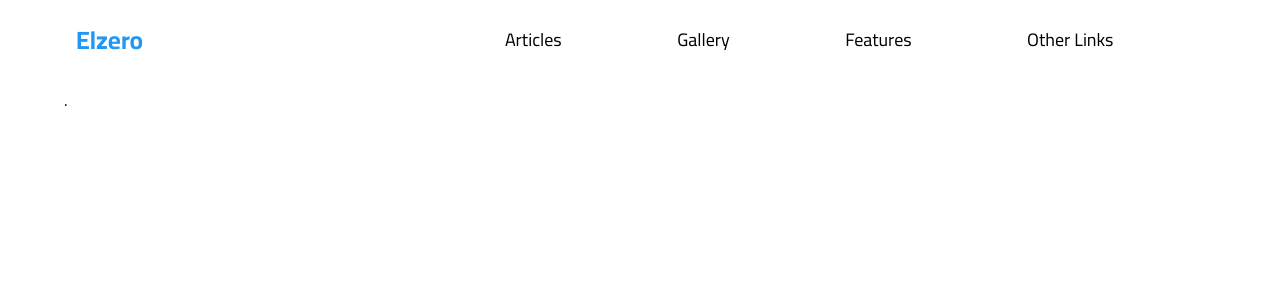
Repository: Toqa-25/elzeroAcdemey-Templete
Page: index.html
These files come from the project's save history. The page is drawn as it stood at one moment and after the next save; the edit follows.
The browser window is 1280 px wide. The pictures show the whole page.

Above is the page before, as saved 2022-01-16 20:53:47.

After the next save:
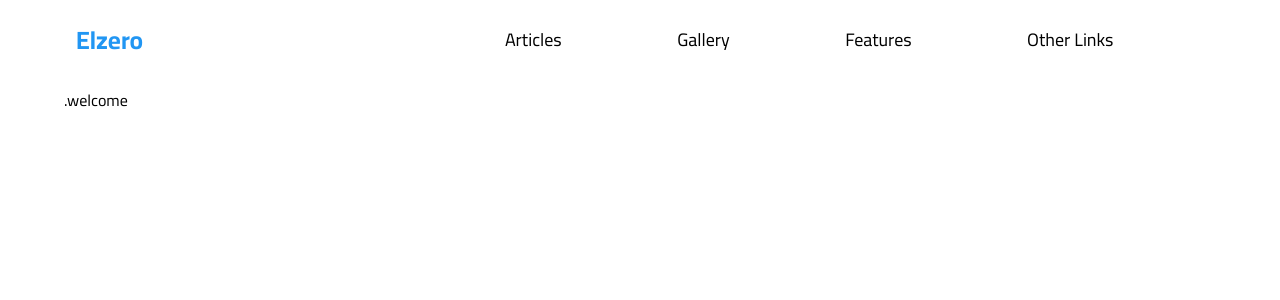
Saved 4 s later.
--- a/index.html
+++ b/index.html
@@ -67,7 +67,7 @@
         <div class="container">
             <div class="welcome-content">
                 <div class="welcome-content-text"></div>
-                .
+                .welcome
 
             </div>
         </div>
